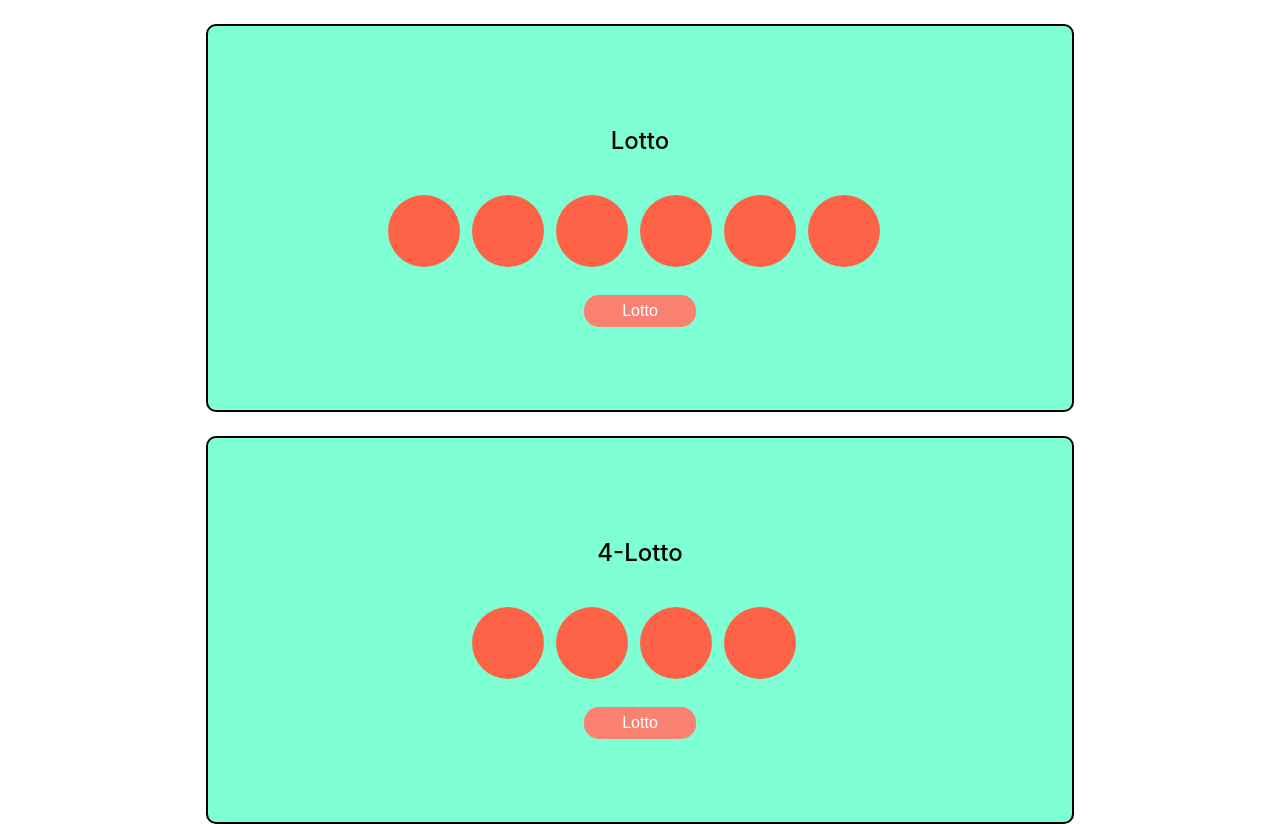
Repository: dung8466/learn-react
Page: / (app in lottery/)
An editor plug-in stored every save of this project. The page is shown before and after the next save, followed by the edit.
The browser window is 1280 px wide. The pictures show the whole page.
The project was rebuilt for these pictures with package versions that can differ from the ones it lists, and the page was loaded fresh each time.

Above is the page before, as saved 2022-09-18 21:20:42.

### lottery/src/App.js
import React, {Component} from 'react';
import './App.css';
import Lotto from './Lotto';
class App extends Component{
  render(){
    return (
      <div className="App">
        <Lotto />
        <Lotto title='4-Lotto' numBall={4} maxNum={10}/>
      </div>
    );
  }
}

export default App;

### lottery/src/App.css
.App {
  text-align: center;
  display: flex;
  justify-content: center;
  align-items: center;
  flex-direction: column;
}

### lottery/src/Lotto.js
import React, {Component} from "react";
import './Lotto.css';
import LotteryBall from "./LotteryBall";

class Lotto extends Component{
    static defaultProps = {
        title : 'Lotto',
        numBall : 6,
        maxNum: 99
    }
    constructor(props){
        super(props);
        this.state = {nums : Array.from({length: this.props.numBall}) };
        this.generate = this.generate.bind(this);
    }
    generate(){
        this.setState(curSt => ({
            nums: curSt.nums.map(num => num = Math.floor(Math.random() * this.props.maxNum)),
        }))
    }
    render(){
        return(
            <div className="lotto">
                <h1>{this.props.title}</h1>
                <div className="ballDisplay">
                    {this.state.nums.map(b => (
                        <LotteryBall nums={b}/>
                    ))}
                </div>
                <button onClick={this.generate} className='btn'>Lotto</button>
            </div>
        );
    }
}

export default Lotto;

### lottery/src/Lotto.css
.lotto{
    display: flex;
    flex-direction: column;
    justify-content: center;
    align-items: center;
    gap: 1.5em;
    border: 2px solid black;
    border-radius: 10px;
    background-color: aquamarine;
    width: 50em;
    height: 20em;
    margin-top: 1.5em;
    /* margin-left: 23em; */
    padding: 2em;
}

.lotto h1{
    font-size: 1.5em;
    font-weight: 500;
    color: black;
    /* width: 10em;
    height: 2em; */
}

.btn{
    width: 7em;
    height: 2em;
    background-color: salmon;
    border: 0px;
    border-radius: 15px;
    cursor: pointer;
    color: white;
    font-size: 1em;
}

### lottery/src/LotteryBall.js
import React, {Component} from "react";
import './LotteryBall.css';

class LotteryBall extends Component{
    render(){
        return(
            <div className="ball">{this.props.nums}</div>
        );
    }
}

export default LotteryBall;

### lottery/src/LotteryBall.css
.ball{
    display: inline-block;
    background-color: tomato;
    color: white;
    border-radius: 50%;
    width: 3em;
    height: 2.25em;
    text-align: center;
    padding-top: 0.75em;
    margin-right: 0.5em;
    font-weight: bold;
    font-size: 1.5em;
}

Loaded but not shown: lottery/public/index.html (common file); lottery/src/index.js (common file); lottery/src/index.css (common file); lottery/src/reportWebVitals.js (common file)

After the next save:
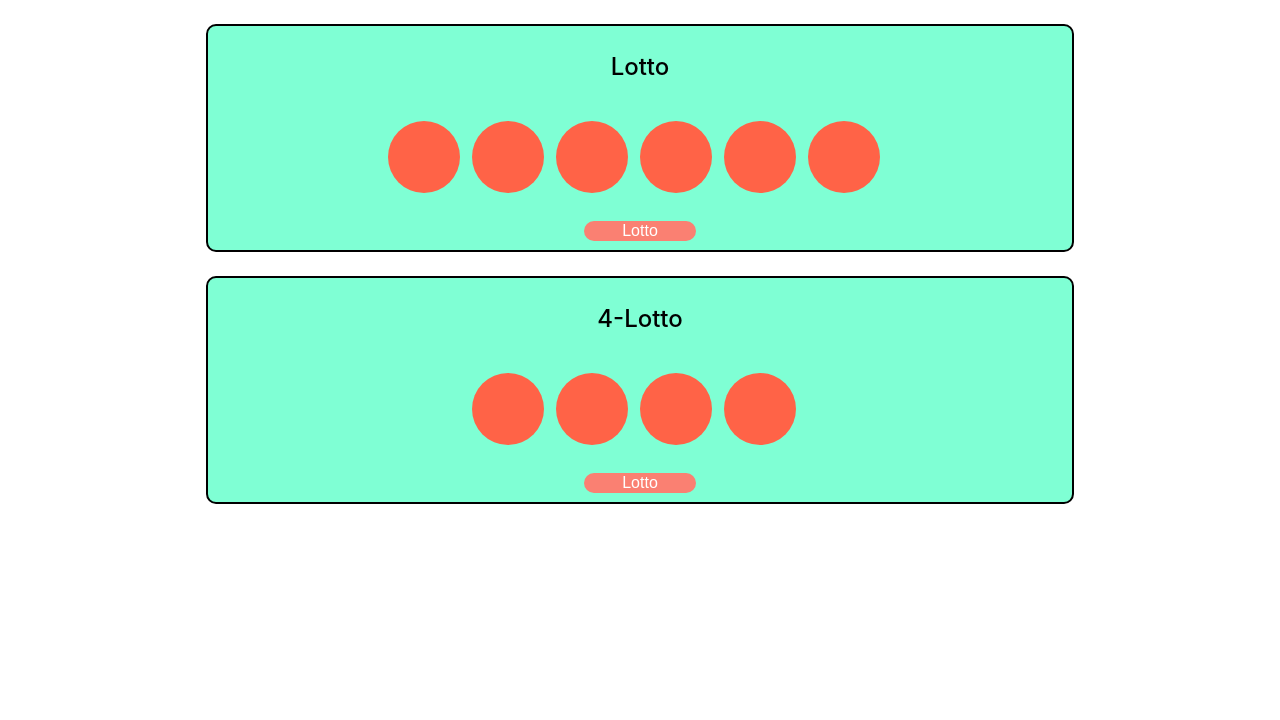
Saved 13 s later.
--- a/lottery/src/Lotto.css
+++ b/lottery/src/Lotto.css
@@ -8,7 +8,7 @@
     border-radius: 10px;
     background-color: aquamarine;
     width: 50em;
-    height: 20em;
+    height: 10em;
     margin-top: 1.5em;
     /* margin-left: 23em; */
     padding: 2em;
